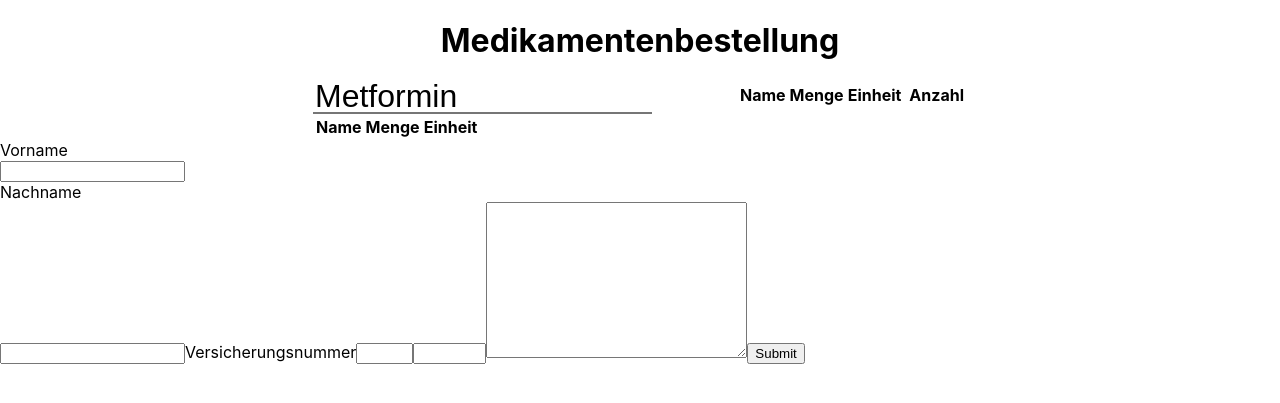
Repository: Esatollah/MedDemo
Page: / (app in client/)
These files come from the project's save history. The page is drawn as it stood at one moment and after the next save; the edit follows.
The browser window is 1280 px wide. The pictures show the whole page.
The page's requests for data from a server got no answer. The project was rebuilt for these pictures with package versions that can differ from the ones it lists, and the page was loaded fresh each time. No one was signed in, and anything a server would have sent is missing. Also part of the build but not shown: client/src/App.css, client/src/Routes/Bestellungen.jsx.

Above is the page before, as saved 2022-06-05 15:50:36.

### client/src/App.js
import './App.css';
import SearchBar from './Routes/Search';
import {BrowserRouter, Routes, Route} from 'react-router-dom'
import Bestellungen from './Routes/Bestellungen';


function App() {
  return (
    <BrowserRouter>
    <Routes>
      <Route path='/' element={<div><SearchBar/></div>}/>
      <Route path='/bestellungen' element={<div><Bestellungen/></div>}/>
    </Routes>
    </BrowserRouter>
  );
}

export default App;

### client/src/Routes/Search.jsx
import React, {useState, useEffect} from 'react'
import DrugAPI from '../api/DrugAPI';
import Form from '../components/Form';
// import Cart from './Cart';
import './Search.css'


const Search = () => {
  const [searchinput, setSearchinput] = useState("Metformin");
  const [drugs, setDrugs] = useState([]);
  const [cartitems, setCartitems] = useState([]);

  // add loading screen, maybe with loading while drugs empty
  useEffect(() => {
    const fetchData = async () => {
      try {
        const result = await DrugAPI.get(`/?drugsearch=${searchinput}`)
        setDrugs(result.data.meds)
      } catch (err) {
        console.error(err);
      }
    }

    fetchData();

  }, [searchinput])

  const handleDrugClick = (e, x) => {
    const is_in_cart = cartitems.some(y => {
      if(y.id === x.id)
      {
        return true;
      }

      return false;
    })

    if(is_in_cart) {
      return
    }
    let temp = {...x, anzahl:"1"}
    setCartitems([...cartitems, temp]);
  }

  const handleDelete = (e, x, index) => {
    let temp = [...cartitems]

    temp.splice(index, 1);

    setCartitems(temp);
  }

  const handleCountchange = (e, x, index) => {
    let temps = [...cartitems]
    let temp = {
      ...temps[index],
      anzahl:e.target.value
    }
    temps[index] = temp
    setCartitems(temps);

  }


  return (
    <>
        <h1>Medikamentenbestellung</h1>
        <div className='order-box'>
<div className='search-box'>
        <input type="search" placeholder="Suche" id="okhre" value={searchinput} onChange={e => setSearchinput(e.target.value)}/>
        <div className='table-box'>
        <table>
          <thead>
            <tr>
              <th scope='col'>
                Name
              </th>
              <th scope='col'>Menge</th>
              <th scope='col'>Einheit</th>
              <th scope='col'></th>
            </tr>
          </thead>
          <tbody>
            {drugs && drugs.map((x) => {
              return (
                <tr key={x.id} className="drug-row" >
                <td className={x.name}>{x.name}</td>
                <td>{x.menge}</td>
                <td>{x.mengenart}</td>
                <td><button onClick={(e) => {handleDrugClick(e, x)}}>+</ button></td>
                </tr>
              )
            })}
          </tbody>

        </table>
</div>
        </div>

        <table>
          <thead>
            <tr>
              <th scope='col'>
                Name
              </th>
              <th scope='col'>Menge</th>
              <th scope='col'>Einheit</th>
              <th scope='col'></th>
              <th scope='col'>Anzahl</th>
            </tr>
          </thead>
          <tbody>
            {cartitems && cartitems.map((x, index) => {
              if(x.abgabezahl){
              return (
                <tr key={index} className="drug-row" >
                <td>{x.name}</td>
                <td>{x.menge}</td>
                <td>{x.mengenart}</td>
                <td><button onClick={(e) => handleDelete(e,x,index)}>-</button></td>
                <td><select onChange={(e)=>{handleCountchange(e,x,index)}}><option value="1">1</option><option value="2">2</option></select></td>
                </tr>
              )
              }
              return (
                <tr key={index} className="drug-row" >
                <td>{x.name}</td>
                <td>{x.menge}</td>
                <td>{x.mengenart}</td>
                <td><button onClick={(e) => handleDelete(e,x,index)}>-</button></td>
                <td>1</td>
                </tr>
              )
            })}
          </tbody>
        </ table>
        </div>

        <Form cartitems={cartitems} setCartitems={setCartitems}/>
    </>
    )
}

export default Search

### client/src/api/DrugAPI.js
import axios from 'axios'

export default axios.create({
    baseURL: "http://localhost:5000/api"
})

### client/src/components/Form.jsx
import React, {useState}from 'react'
import DrugAPI from '../api/DrugAPI'

const Form = props => {

    const [fname, setFname] = useState('');
    const [lname, setLname] = useState('');
    const [vpin, setVpin] = useState('');
    const [vbday, setVbday] = useState('');
    const [anmerkungen, setAnmerkungen] = useState('');

    const handleSubmit = (e) => {

        e.preventDefault();
        const formdata = {
            fname,
            lname,
            vpin,
            vbday,
            anmerkungen
        }

        const fetchData = async () =>{
            try {
            await DrugAPI.post("/", {drugs:{...props.cartitems}, ...formdata})
            } catch (error) {
                console.error(error);
            }
    }

    fetchData();

    setFname('');setLname('');setVpin('');setVbday('');setAnmerkungen('');
    props.setCartitems([]);

}


  return (
    <div>
        <form onSubmit={(e) =>handleSubmit(e)}>
            <label htmlFor="fname">Vorname</label><br/>
            <input type="text" value={fname} id="fname" name="fname" onChange={(e)=> setFname(e.target.value)}required/><br/>
            <label htmlFor="lname">Nachname</label><br />
            <input type="text" id="lname" value={lname} onChange={(e) => setLname(e.target.value)}name="lname" required />
            <label htmlFor="pin">Versicherungsnummer</label>
            <input type="text" id="pin" value={vpin} onChange={(e) => setVpin(e.target.value)} name="pin" size="4" minLength="4"maxLength="4" required/>
            <input type="text" id="bday" value={vbday} onChange={(e) => setVbday(e.target.value)} name="bday" size="6" minLength={6} maxLength={6} required/>
            <textarea value={anmerkungen} onChange={(e) => setAnmerkungen(e.target.value)} name="message" rows="10" cols="30">
            </textarea>
            <input type="submit" value="Submit" ></input><br />
        </form>
    </div>

  )
}

export default Form

### client/src/Routes/Search.css
#okhre {
    width:80%;
    height: 2rem;
    outline:none;
    border-top: hidden;
    border-right: hidden;
    border-left: hidden;
    font-size: 2rem;
}

.table-box {
    max-height: 200px;
    max-width: 80%;
    min-width:80%;
    overflow-y: auto;
}

h1 {
    display:flex;
    justify-content: center;
}

.order-box {
    display: flex;
    justify-content: center;
}

.search-box {
    max-width:50%;
}

.drug-row:hover {
    background-color: beige;
}

Loaded but not shown: client/public/index.html (common file); client/src/index.js (common file); client/src/index.css (common file)

After the next save:
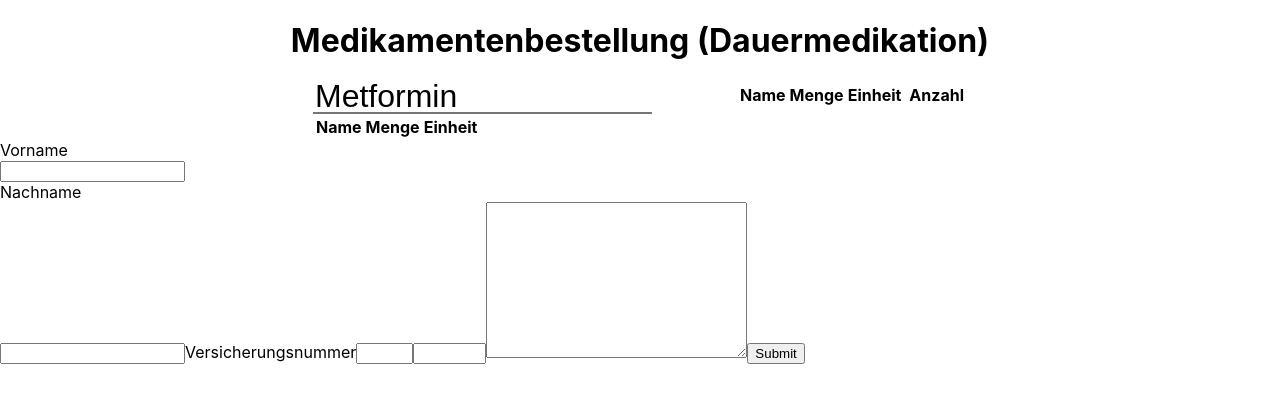
Saved 3 min 38 s later.
--- a/client/src/Routes/Search.jsx
+++ b/client/src/Routes/Search.jsx
@@ -64,7 +64,7 @@ const Search = () => {
 
   return (
     <>
-        <h1>Medikamentenbestellung</h1>
+        <h1>Medikamentenbestellung (Dauermedikation)</h1>
         <div className='order-box'>
 <div className='search-box'>
         <input type="search" placeholder="Suche" id="okhre" value={searchinput} onChange={e => setSearchinput(e.target.value)}/>
